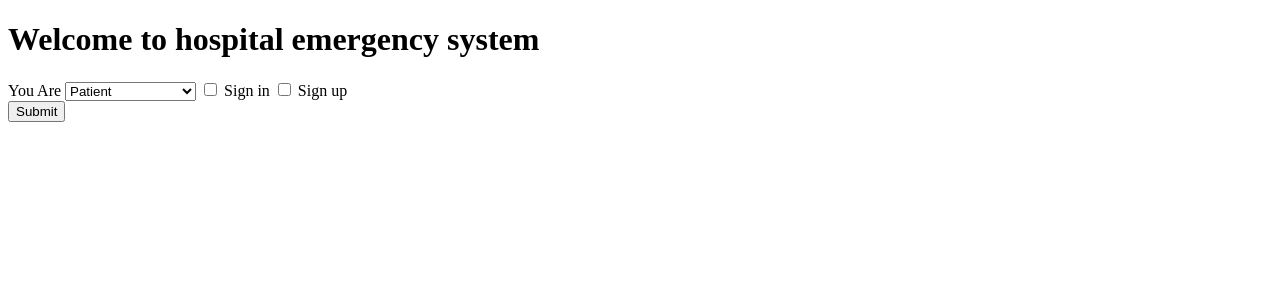
Repository: OmarAl-Saleh/Hospital-Emergency-System
Page: http://localhost/EmergencySystem/
An editor plug-in stored every save of this project. The page is shown before and after the next save, followed by the edit.
The browser window is 1280 px wide. The pictures show the whole page.
The page is served by Tomcat 9.

Above is the page before, as saved 2024-05-22 06:35:49.

After the next save:
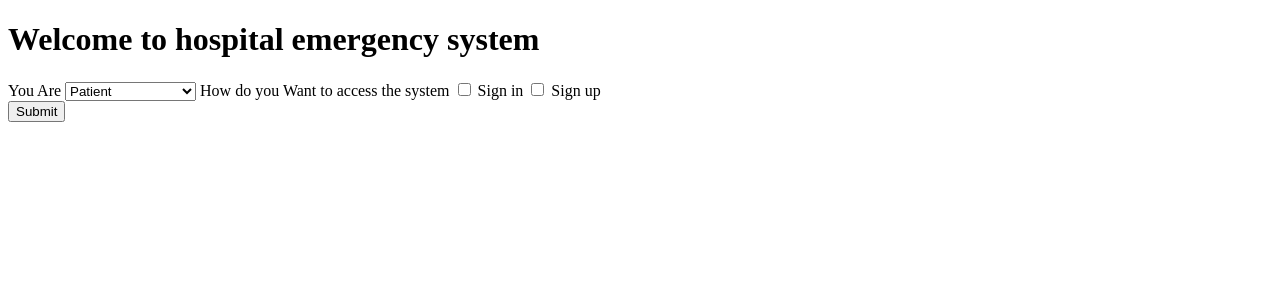
Saved 42 s later.
--- a/EmergencySystem/EmergencySystem/src/main/webapp/index.jsp
+++ b/EmergencySystem/EmergencySystem/src/main/webapp/index.jsp
@@ -17,7 +17,7 @@
     </select>
 
  <form action="Sign_in.jsp" method="get">
-   <label>
+   <label> How do you Want to access the system
         <input type="checkbox" name="sign" value="Sign_in"> Sign in
     </label>
     <label>
